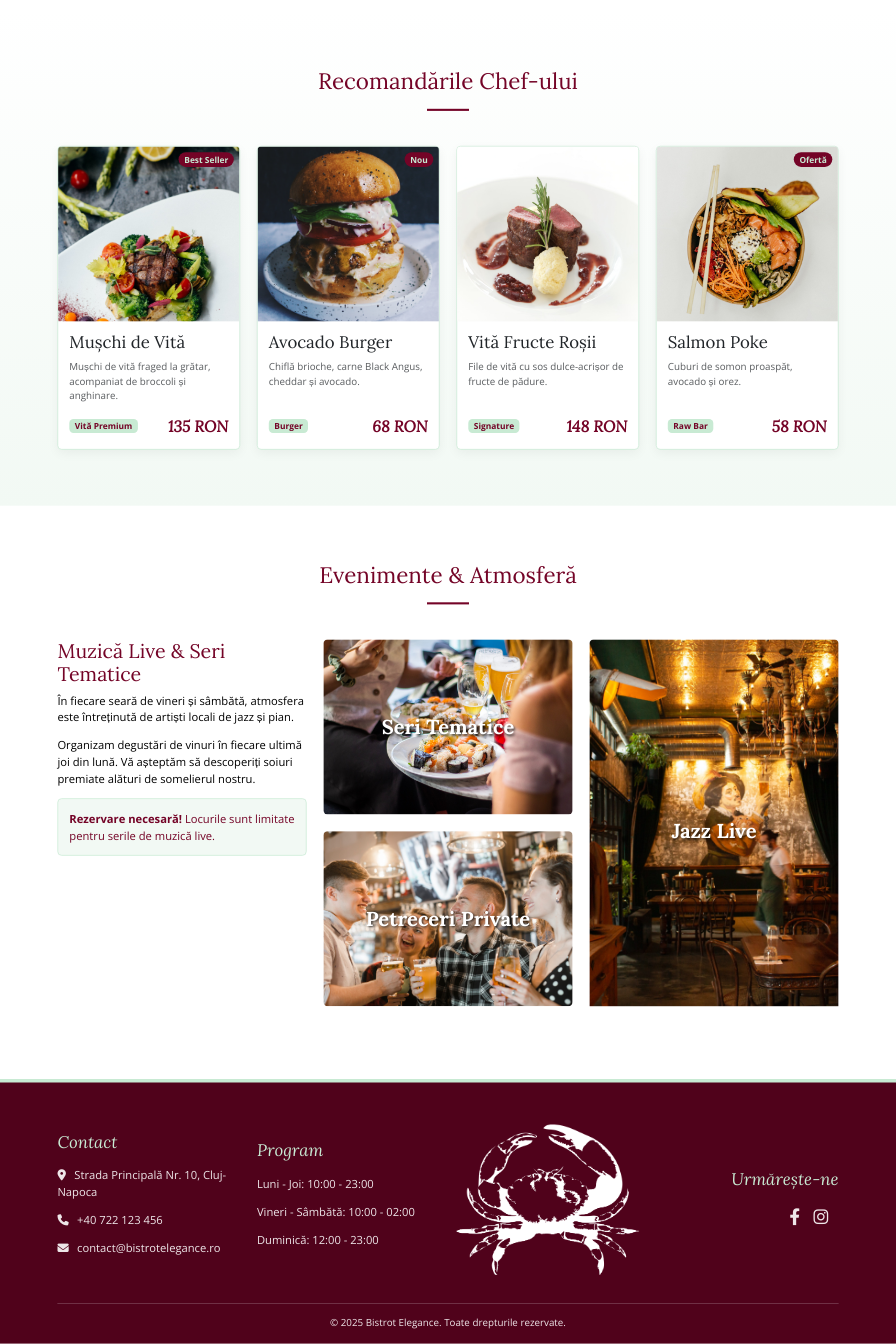
Repository: 912-Comsa-Teodora/bistrot-restaurant
Page: restaurant/index.html
These files come from the project's save history. The page is drawn as it stood at one moment and after the next save; the edit follows.
The browser window is 1280 px wide. The pictures show the part of the page from y = 1198 to 3118 px (the page is 3118 px tall before and 3096 px after), at 70% of full size.
A picture or video elsewhere on the page could not be fetched, so the positions and the page height are approximate.

Above is the page before, as saved 2026-01-18 16:41:49.

### restaurant/index.html
<!DOCTYPE html>
<html lang="ro">
<head>
    <meta charset="UTF-8">
    <meta name="viewport" content="width=device-width, initial-scale=1.0">
    <meta name="description" content="Cel mai bun restaurant și bar din oraș. Atmosferă unică, meniu select.">
    <meta name="author" content="Numele Tau">

    <title>Bistrot Elegance - Restaurant & Bar</title>

    <link href="https://cdn.jsdelivr.net/npm/bootstrap@5.3.0/dist/css/bootstrap.min.css" rel="stylesheet">
    <link rel="stylesheet" href="https://cdnjs.cloudflare.com/ajax/libs/font-awesome/6.4.0/css/all.min.css">

    <link href="https://fonts.googleapis.com/css2?family=Lora:ital,wght@0,400;0,700;1,400&family=Open+Sans:wght@300;400;700&display=swap" rel="stylesheet">

    <style>
        :root {
            --primary-color: #740427;
            --primary-dark: #50021b;
            --mint-color: #C8EAD3;
            --mint-light: #F2F9F4;
            --text-dark: #000000;
            --white: #ffffff;
        }

        body {
            /* CHANGE 1: Applied Open Sans */
            font-family: 'Open Sans', sans-serif;
            color: var(--text-dark);
            padding-top: 65px;
            background-color: var(--white);
        }

        h1, h2, h3, h4, h5 {
            /* CHANGE 1: Applied Lora */
            font-family: 'Lora', serif;
            color: var(--primary-color);
        }

        .navbar {
            background-color: #fff;
            box-shadow: 0 2px 10px rgba(0,0,0,0.1);
            border-bottom: 1px solid var(--mint-color);
        }

        .navbar-brand img {
            max-height: 40px;
        }

        .nav-link {
            color: var(--primary-dark);
            font-weight: 700;
            text-transform: uppercase;
            font-size: 0.9rem;
        }

        .nav-link:hover {
            color: var(--primary-color);
        }


        #heroCarousel .carousel-item img {
            height: calc(100vh - 65px);
            object-fit: cover;
            filter: brightness(0.6);
        }

        .carousel-caption {
            top: 50%;
            transform: translateY(-50%);
            bottom: auto;
            width: 70%;
            left: 15%;
        }

        .carousel-caption p {
            margin-top: 0;
            margin-bottom: 1.5rem;
            font-size: 1.2rem;
            font-weight: 300;
            color: #fff;
        }

        .carousel-caption h2 {
            font-size: 4rem;
            color: #fff;
            text-shadow: 2px 2px 4px rgba(0,0,0,0.6);
        }


        section {
            padding: 80px 0;
        }

        .section-title {
            text-align: center;
            margin-bottom: 50px;
            position: relative;
        }

        .section-title::after {
            content: '';
            display: block;
            width: 60px;
            height: 3px;
            background-color: var(--primary-color);
            margin: 20px auto;
        }

        .bg-mint-gradient {
            background: linear-gradient(180deg, var(--white) 0%, var(--mint-light) 100%);
        }

        .card {
            border: 1px solid var(--mint-color);
            background-color: #fff;
            transition: transform 0.3s;
            box-shadow: 0 5px 15px rgba(0,0,0,0.05);
        }

        .card:hover {
            transform: translateY(-5px);
            border-color: var(--primary-color);
            box-shadow: 0 10px 30px rgba(116, 4, 39, 0.1);
        }

        .card-img-top {
            height: 250px;
            width: 100%;
            object-fit: cover;
            object-position: center;
        }

        .price-tag {
            /* CHANGE 1 & 2: Font Lora + Italic */
            font-family: 'Lora', serif;
            font-size: 1.4rem;
            font-weight: 700;
            color: var(--primary-color);
            font-style: italic; /* Added Italic */
        }


        .badge-custom-primary {
            background-color: var(--primary-color) !important;
            color: var(--mint-color);
        }

        .badge-custom-mint {
            background-color: var(--mint-color) !important;
            color: var(--primary-color);
            font-weight: 700;
        }

        /* EVENTS STYLING */
        /* CHANGE 3: Wrapper for images to hold the text */
        .event-wrapper {
            position: relative;
            overflow: hidden;
            border-radius: 0.375rem; /* Matches Bootstrap 'rounded' */
        }

        /* CHANGE 3: Text Overlay Style */
        .event-text-overlay {
            position: absolute;
            top: 50%;
            left: 50%;
            transform: translate(-50%, -50%);
            color: var(--white);
            font-family: 'Lora', serif;
            font-size: 1.8rem;
            font-weight: 700;
            text-shadow: 2px 2px 4px rgba(0,0,0,0.8);
            width: 100%;
            text-align: center;
            z-index: 2;
            pointer-events: none; /* Allows clicking through text if needed */
        }

        /* Optional: Darken image slightly to make text pop */
        .event-wrapper img {
            transition: transform 0.3s ease;
        }
        .event-wrapper:hover img {
            transform: scale(1.05);
        }

        @media (min-width: 992px) {
            .event-img-small {
                height: 250px;
                width: 100%;
                object-fit: cover;
            }
            .event-img-large {
                height: calc(500px + 1.5rem);
                width: 100%;
                object-fit: cover;
            }
        }


        footer {
            background-color: var(--primary-dark);
            color: #fff;
            padding: 60px 0 20px;
            border-top: 5px solid var(--mint-color);
        }

        footer h4 {
            color: var(--mint-color);
            margin-bottom: 20px;
            /* CHANGE 2: Footer Titles Italic */
            font-style: italic;
        }

        footer p, footer i {
            color: rgba(255, 255, 255, 0.9);
        }

        .social-icons a {
            color: #fff;
            font-size: 1.5rem;
            margin-right: 15px;
            transition: color 0.3s;
        }

        .social-icons a:hover {
            color: var(--mint-color);
        }

        hr.bg-light {
             border-color: rgba(255,255,255,0.2);
        }
    </style>
</head>
<body>

    <header id="home">
        <nav class="navbar navbar-expand-lg navbar-light fixed-top">
            <div class="container">
                <a class="navbar-brand" href="index.html">
                    <img src="./pictures/Bistrot-Elegance-Logo-visiniu.png" alt="Logo Bistrot Elegance">
                </a>

                <button class="navbar-toggler" type="button" data-bs-toggle="collapse" data-bs-target="#navbarContent" aria-controls="navbarContent" aria-expanded="false" aria-label="Toggle navigation">
                    <span class="navbar-toggler-icon"></span>
                </button>

                <div class="collapse navbar-collapse" id="navbarContent">
                    <ul class="navbar-nav ms-auto mb-2 mb-lg-0">
                        <li class="nav-item">
                            <a class="nav-link" href="#home">Acasă</a>
                        </li>
                        <li class="nav-item">
                            <!-- LINK MODIFIED HERE TO OPEN PDF -->
                            <a class="nav-link" href="menu.pdf" target="_blank">Meniu</a>
                        </li>
                        <li class="nav-item">
                            <a class="nav-link" href="#despre">Despre Noi</a>
                        </li>
                        <li class="nav-item">
                            <a class="nav-link" href="#specialitati">Specialități</a>
                        </li>
                        <li class="nav-item">
                            <a class="nav-link" href="#evenimente">Evenimente</a>
                        </li>
                        <li class="nav-item">
                            <a class="nav-link" href="#contact">Contact</a>
                        </li>
                    </ul>
                </div>
            </div>
        </nav>
    </header>

    <div id="heroCarousel" class="carousel slide" data-bs-ride="carousel">
        <div class="carousel-inner">
            <div class="carousel-item active" data-bs-interval="3000">
                <img src="pictures/restaurant-imagine-principala.jpg" class="d-block w-100" alt="Interior restaurant">
                <div class="carousel-caption">
                    <p>Bine ați venit la</p>
                    <h2>Bistrot Elegance</h2>
                    <p>O experiență culinară de neuitat în inima orașului</p>
                </div>
            </div>

            <div class="carousel-item" data-bs-interval="3000">
                <img src="pictures/cover-bauturi.jpg" class="d-block w-100" alt="Bauturi">
                <div class="carousel-caption">
                    <h2>Cocktailuri Signature</h2>
                    <p>Mixologie rafinată pentru seri perfecte</p>
                </div>
            </div>

            <div class="carousel-item" data-bs-interval="3000">
                <img src="pictures/cover-mancare.jpg" class="d-block w-100" alt="Mancare">
                <div class="carousel-caption">
                    <h2>Gusturi Autentice</h2>
                    <p>Preparate create cu pasiune din ingrediente locale</p>
                </div>
            </div>

            <div class="carousel-item" data-bs-interval="3000">
                <img src="pictures/cover-desert.jpg" class="d-block w-100" alt="Desert">
                <div class="carousel-caption">
                    <h2>Deserturi Artizanale</h2>
                    <p>Finalul dulce perfect pentru orice masă</p>
                </div>
            </div>
        </div>
    </div>

    <section id="despre">
        <div class="container">
            <div class="row align-items-center">
                <div class="col-lg-6 mb-4 mb-lg-0">
                    <h2 class="mb-4">Povestea Noastră</h2>
                    <h3 class="mb-3" style="color: var(--text-dark); opacity: 0.8;">Tradiție și modernism din 2010</h3>
                    <p>
                        Situat într-o clădire istorică, <strong>Bistrot Elegance</strong> îmbină arhitectura clasică cu un design interior modern și vibrant. Ne mândrim cu o atmosferă care invită la relaxare și conversație, fiind locul ideal atât pentru întâlniri de afaceri, cât și pentru cine romantice.
                    </p>
                    <p>
                        Filozofia noastră culinară se bazează pe ingrediente locale, proaspete, reinterpretate într-o manieră internațională. Echipa noastră de bucătari pasionați lucrează zilnic pentru a oferi preparate care surprind prin gust și prezentare.
                    </p>
                </div>
                <div class="col-lg-6">
                    <img src="pictures/interior-restaurant.jpg" class="img-fluid rounded shadow" alt="Interior restaurant">
                </div>
            </div>
        </div>
    </section>

    <section id="specialitati" class="bg-mint-gradient">
        <div class="container">
            <h2 class="section-title">Recomandările Chef-ului</h2>
            <div class="row g-4">

                <div class="col-md-6 col-lg-3">
                    <div class="card h-100">
                        <span class="position-absolute top-0 end-0 badge rounded-pill badge-custom-primary m-2">
                            Best Seller
                        </span>
                        <img src="pictures/muschi-de-vita-cu-legume.jpg" class="card-img-top" alt="Vita">
                        <div class="card-body d-flex flex-column">
                            <h4 class="card-title">Mușchi de Vită</h4>
                            <p class="card-text small text-muted">Mușchi de vită fraged la grătar, acompaniat de broccoli și anghinare.</p>
                            <div class="mt-auto d-flex justify-content-between align-items-center">
                                <span class="badge badge-custom-mint">Vită Premium</span>
                                <span class="price-tag">135 RON</span>
                            </div>
                        </div>
                    </div>
                </div>

                <div class="col-md-6 col-lg-3">
                    <div class="card h-100">
                         <span class="position-absolute top-0 end-0 badge rounded-pill badge-custom-primary m-2">
                            Nou
                        </span>
                        <img src="pictures/avocado-gourmet-burger.jpg" class="card-img-top" alt="Burger">
                        <div class="card-body d-flex flex-column">
                            <h4 class="card-title">Avocado Burger</h4>
                            <p class="card-text small text-muted">Chiflă brioche, carne Black Angus, cheddar și avocado.</p>
                            <div class="mt-auto d-flex justify-content-between align-items-center">
                                <span class="badge badge-custom-mint">Burger</span>
                                <span class="price-tag">68 RON</span>
                            </div>
                        </div>
                    </div>
                </div>

                 <div class="col-md-6 col-lg-3">
                    <div class="card h-100">
                        <img src="pictures/vita-cu-fructe-rosii.jpg" class="card-img-top" alt="Vita fructe rosii">
                        <div class="card-body d-flex flex-column">
                            <h4 class="card-title">Vită Fructe Roșii</h4>
                            <p class="card-text small text-muted">File de vită cu sos dulce-acrișor de fructe de pădure.</p>
                            <div class="mt-auto d-flex justify-content-between align-items-center">
                                <span class="badge badge-custom-mint">Signature</span>
                                <span class="price-tag">148 RON</span>
                            </div>
                        </div>
                    </div>
                </div>

                <div class="col-md-6 col-lg-3">
                    <div class="card h-100">
                        <span class="position-absolute top-0 end-0 badge rounded-pill badge-custom-primary m-2">
                            Ofertă
                        </span>
                        <img src="pictures/salmon-poke.jpg" class="card-img-top" alt="Poke">
                        <div class="card-body d-flex flex-column">
                            <h4 class="card-title">Salmon Poke</h4>
                            <p class="card-text small text-muted">Cuburi de somon proaspăt, avocado și orez.</p>
                            <div class="mt-auto d-flex justify-content-between align-items-center">
                                <span class="badge badge-custom-mint">Raw Bar</span>
                                <span class="price-tag">58 RON</span>
                            </div>
                        </div>
                    </div>
                </div>

            </div>
        </div>
    </section>

    <section id="evenimente">
        <div class="container">
            <h2 class="section-title">Evenimente & Atmosferă</h2>
            <div class="row">
                <div class="col-lg-4 mb-4">
                    <h3>Muzică Live & Seri Tematice</h3>
                    <p>În fiecare seară de vineri și sâmbătă, atmosfera este întreținută de artiști locali de jazz și pian.</p>
                    <p>Organizam degustări de vinuri în fiecare ultimă joi din lună. Vă așteptăm să descoperiți soiuri premiate alături de somelierul nostru.</p>
                    <div class="alert alert-info mt-3" style="background-color: var(--mint-light); border-color: var(--mint-color); color: var(--primary-color);">
                        <strong>Rezervare necesară!</strong> Locurile sunt limitate pentru serile de muzică live.
                    </div>
                </div>

                <div class="col-lg-4 col-md-6 mb-4">

                    <div class="event-wrapper mb-4">
                        <img src="pictures/seara-tematica-sushi.jpg" class="img-fluid w-100 event-img-small" alt="Live">
                        <div class="event-text-overlay">Seri Tematice</div>
                    </div>

                    <div class="event-wrapper">
                        <img src="pictures/petrecere-privata.jpg" class="img-fluid w-100 event-img-small" alt="Vin">
                        <div class="event-text-overlay">Petreceri Private</div>
                    </div>
                </div>

                <div class="col-lg-4 col-md-6">
                    <div class="event-wrapper h-100">
                        <img src="pictures/seara-de-jazz.jpg" class="img-fluid w-100 event-img-large" alt="Party">
                        <div class="event-text-overlay">Jazz Live</div>
                    </div>
                </div>

            </div>
        </div>
    </section>

    <footer id="contact">
        <div class="container">
            <div class="row align-items-center">
                <div class="col-md-3 mb-4">
                    <h4>Contact</h4>
                    <p><i class="fas fa-map-marker-alt me-2"></i> Strada Principală Nr. 10, Cluj-Napoca</p>
                    <p><i class="fas fa-phone me-2"></i> +40 722 123 456</p>
                    <p><i class="fas fa-envelope me-2"></i> contact@bistrotelegance.ro</p>
                </div>

                <div class="col-md-3 mb-4">
                    <h4>Program</h4>
                    <p>Luni - Joi: 10:00 - 23:00</p>
                    <p>Vineri - Sâmbătă: 10:00 - 02:00</p>
                    <p>Duminică: 12:00 - 23:00</p>
                </div>

                <div class="col-md-3 mb-4 text-center">
                    <img src="./pictures/Bistrot-Elegance-Logo.png" alt="Logo Bistrot Elegance" class="footer-logo img-fluid">
                </div>

                <div class="col-md-3 mb-4 text-md-end text-center">
                    <h4>Urmărește-ne</h4>
                    <div class="social-icons">
                        <a href="https://www.instagram.com/p/DTpjjSEiNyFa9zL6V36H__r-7ydWBVExPYOuuw0/?igsh=MWZ2dzEzcHJvdDZu" aria-label="Facebook"><i class="fab fa-facebook-f"></i></a>
                        <a href="https://www.instagram.com/bistrotelegance?igsh=MXN3Zzh1YTdrY3Y3cw%3D%3D&utm_source=qr" aria-label="Instagram"><i class="fab fa-instagram"></i></a>
                    </div>
                </div>
            </div>

            <hr class="bg-light">

            <div class="row">
                <div class="col-12 text-center">
                    <p class="small mb-0">&copy; 2025 Bistrot Elegance. Toate drepturile rezervate.</p>
                </div>
            </div>
        </div>
    </footer>

    <script src="https://cdn.jsdelivr.net/npm/bootstrap@5.3.0/dist/js/bootstrap.bundle.min.js"></script>
</body>
</html>

After the next save:
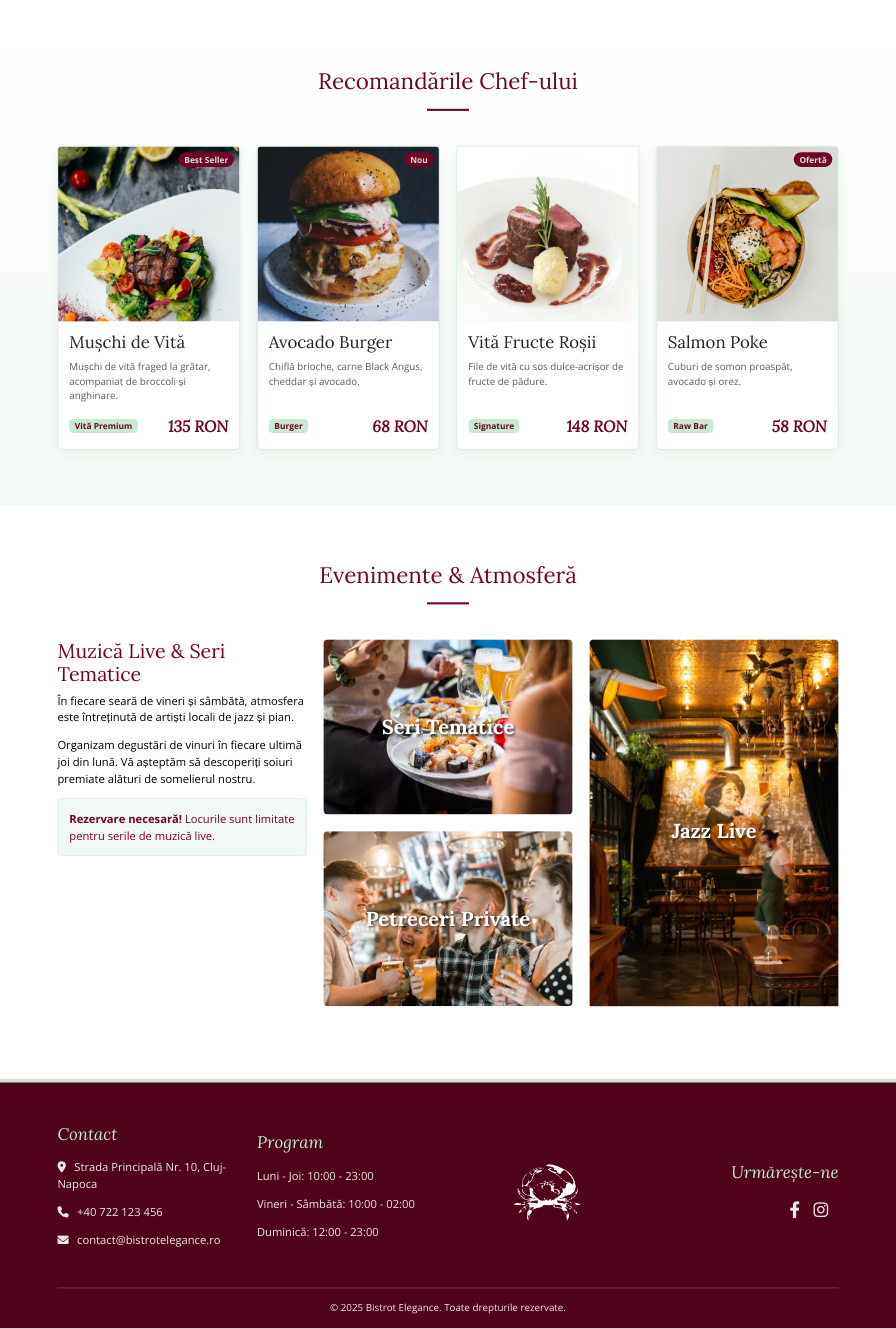
Saved 49 s later.
--- a/restaurant/index.html
+++ b/restaurant/index.html
@@ -228,6 +228,13 @@
             color: var(--mint-color);
         }
 
+        /* New class for footer logo */
+        .footer-logo {
+            max-height: 80px;
+            margin: 20px auto;
+            display: block;
+        }
+
         hr.bg-light {
              border-color: rgba(255,255,255,0.2);
         }
